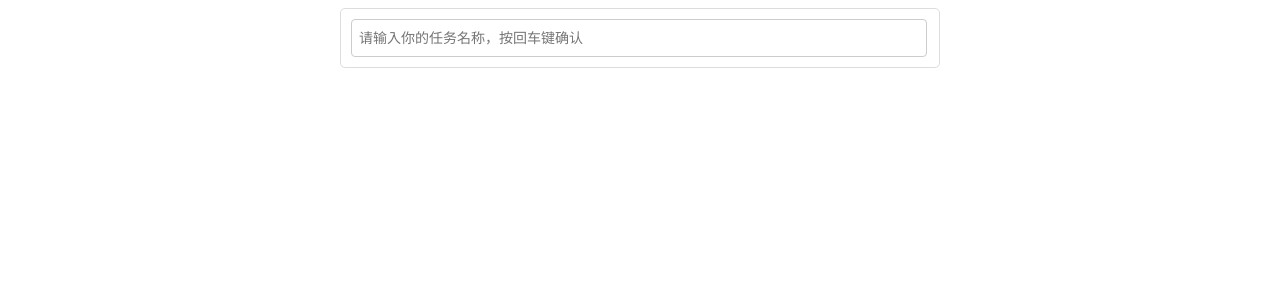
Repository: weiqsctj/TodoList
Page: /
These files come from the project's save history. The page is drawn as it stood at one moment and after the next save; the edit follows.
The browser window is 1280 px wide. The pictures show the whole page.
The project was rebuilt for these pictures with package versions that can differ from the ones it lists, and the page was loaded fresh each time. Also part of the build but not shown: vue.config.js, src/components/MyItem.vue.

Above is the page before, as saved 2022-01-06 16:49:31.

After the next save:
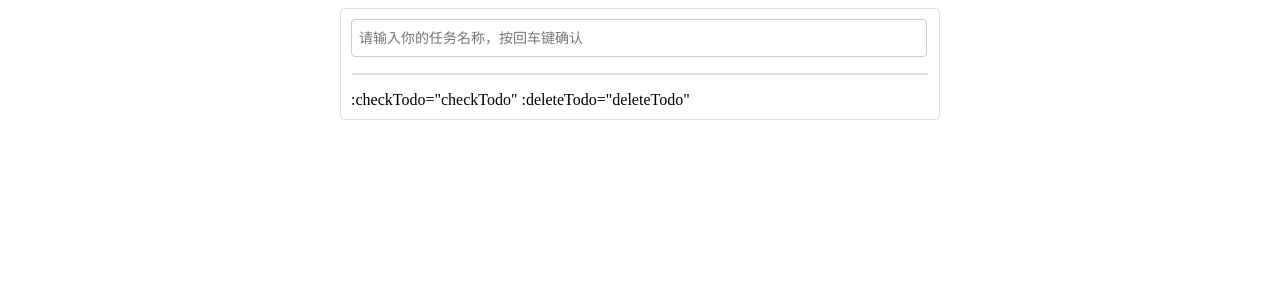
Saved 4 s later.
--- a/src/App.vue
+++ b/src/App.vue
@@ -4,7 +4,7 @@
 		<div class="todo-container">
 			<div class="todo-wrap">
 				<MyHeader :addTodo="addTodo"/>
-				<MyList :todos="todos"
+				<MyList :todos="todos" />
 				:checkTodo="checkTodo" :deleteTodo="deleteTodo"
 
 				<MyFooter :todos="todos" :checkAllTodo="checkAllTodo" :clearAllTodo="clearAllTodo"/>
